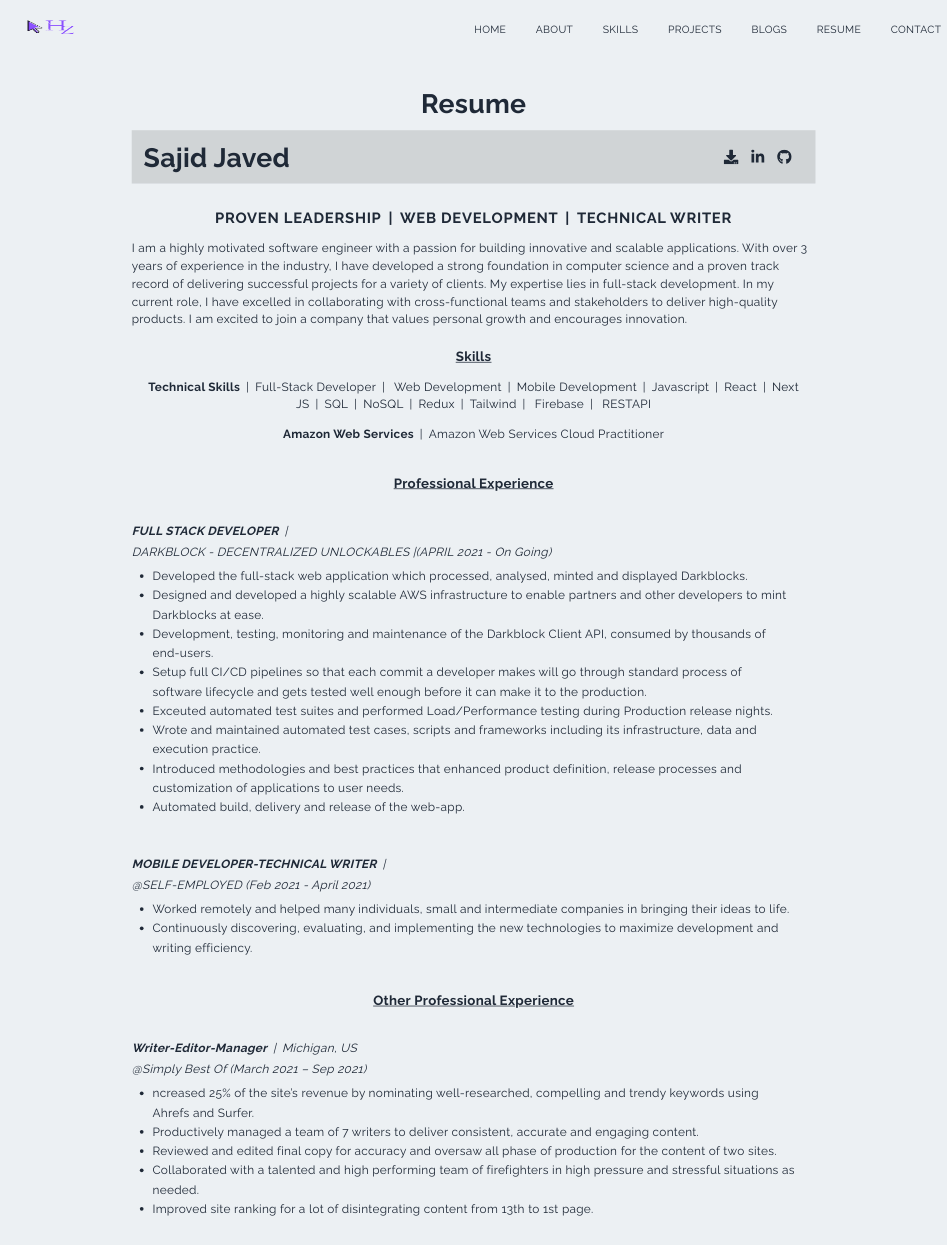
Repository: Hasnainzxc/testofolio
Page: /resume
These files come from the project's save history. The page is drawn as it stood at one moment and after the next save; the edit follows.
The browser window is 1280 px wide. The pictures show the whole page, at 74% of full size.
The project was rebuilt for these pictures with package versions that can differ from the ones it lists, and the page was loaded fresh each time. The framework's server and built-in components were replaced by stand-ins that run in the browser. Also part of the build but not shown: next.config.js.

Above is the page before, as saved 2023-02-21 15:24:04.

After the next save:
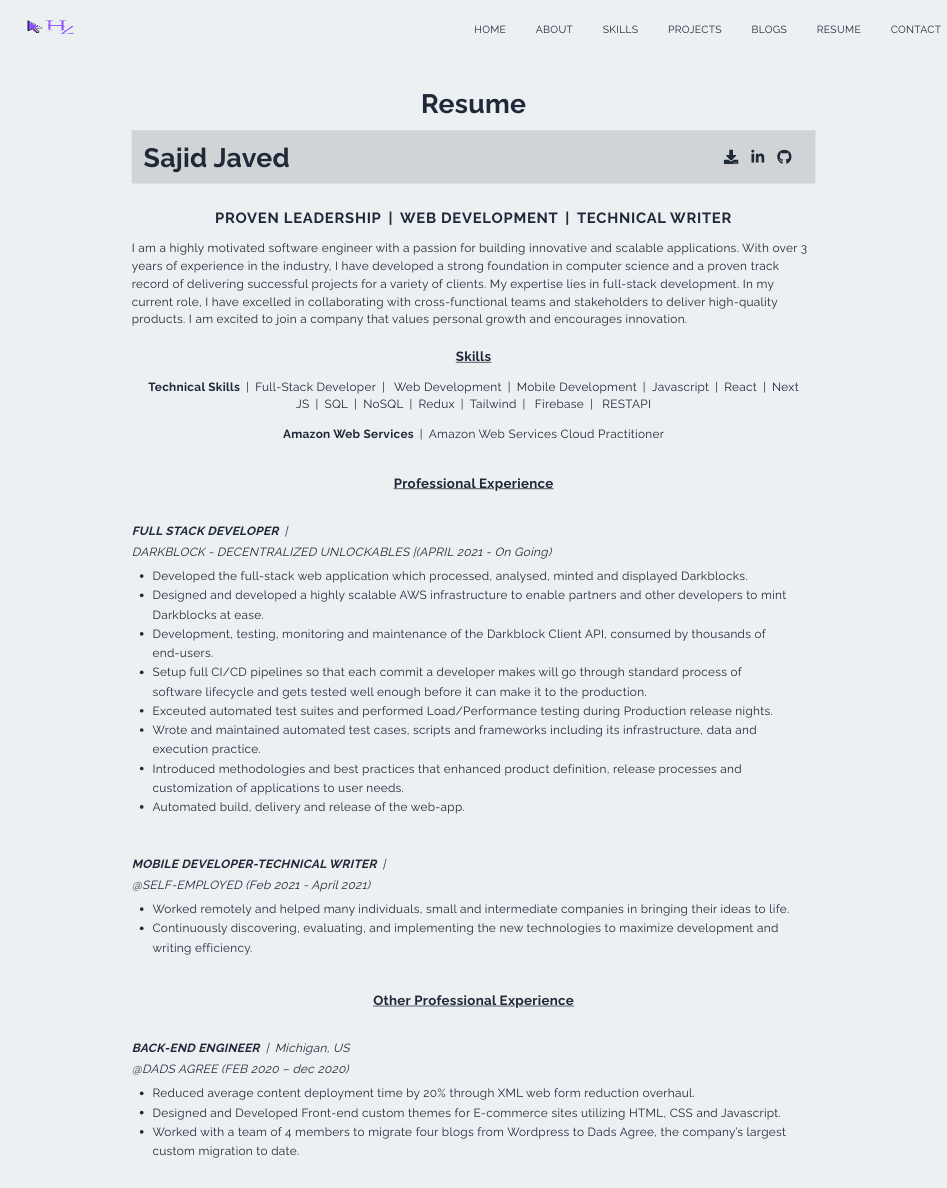
Saved 2 min 0 s later.
--- a/pages/resume.jsx
+++ b/pages/resume.jsx
@@ -174,31 +174,24 @@
         {/* Experience */}
         <div className='py-6'>
           <p className='italic'>
-            <span className='font-bold'>Writer-Editor-Manager</span>
+            <span className='font-bold'>BACK-END ENGINEER</span>
             <span className='px-2'>|</span>Michigan, US
           </p>
-          <p className='py-1 italic'>@Simply Best Of (March 2021 – Sep 2021)</p>
+          <p className='py-1 italic'>@DADS AGREE (FEB 2020 – dec 2020)</p>
           <ul className='list-disc list-outside px-7 py-1 leading-relaxed'>
             <li>
-            ncreased 25% of the site’s revenue by nominating well-researched,
-compelling and trendy keywords using Ahrefs and Surfer.
-            </li>
-            <li>
-            Productively managed a team of 7 writers to deliver consistent, accurate
-and engaging content.
-            </li>
-            <li>
-            Reviewed and edited final copy for accuracy and oversaw all phase of
-production for the content of two sites.
-            </li>
-            <li>
-              Collaborated with a talented and high performing team of
-              firefighters in high pressure and stressful situations as needed.
-            </li>
-            <li>
-            Improved site ranking for a lot of disintegrating content from 13th to 1st
-page.
-            </li>
+            Reduced average content deployment time by 20% through XML web form
+reduction overhaul.
+            </li>
+            <li>
+            Designed and Developed Front-end custom themes for E-commerce sites
+utilizing HTML, CSS and Javascript.
+            </li>
+            <li>
+            Worked with a team of 4 members to migrate four blogs from Wordpress to
+Dads Agree, the company’s largest custom migration to date.
+            </li>
+
           </ul>
         </div>
       </div>
